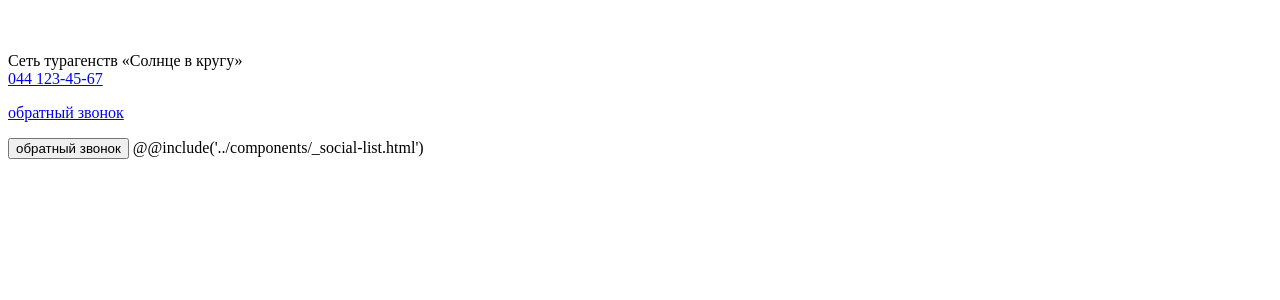
Repository: chekhunov/suntour
Page: app/html/components/_header.html
The author's editor kept a copy of each file at every save. The page is drawn from the files as they stood at one save, then again after the next save.
The browser window is 1280 px wide. The pictures show the whole page.

Above is the page before, as saved 2021-03-15 15:59:30.

### app/html/components/_header.html
<header class="header">

  <div class="container">

    <div class="header__wrapper">

      <div class="header__inner">

        <a class="logo" href="#body">

          <img class="logo__img" src="/images/logo.png" alt="logo image">

        </a>

        <div class="header__title">

          Сеть турагенств «Солнце в кругу»

        </div>

      </div>

      <div class="header__inner">

        <a class="header__link" href="tel:+38044 123-45-67">
          044 123-45-67
        </a>

        <div class="backcall">

          <p class="header__modal">
            <a class="header__modal-link" href="#backcall" rel="modal:open">

              обратный звонок

            </a>
          </p>



        </div>

        <button class="header__btn">
          обратный звонок
        </button>

        @@include('../components/_social-list.html')

      </div>

    </div>

  </div>

</header>

After the next save:
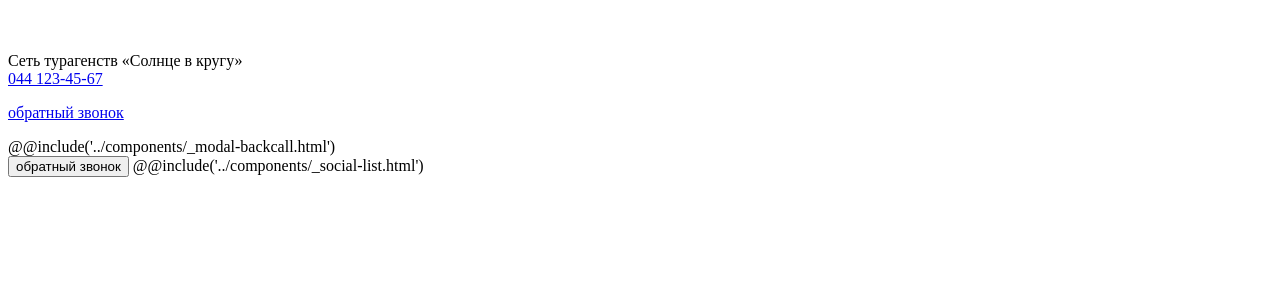
Saved 23 s later.
--- a/app/html/components/_header.html
+++ b/app/html/components/_header.html
@@ -36,7 +36,7 @@
             </a>
           </p>
 
-
+          @@include('../components/_modal-backcall.html')
 
         </div>
 
